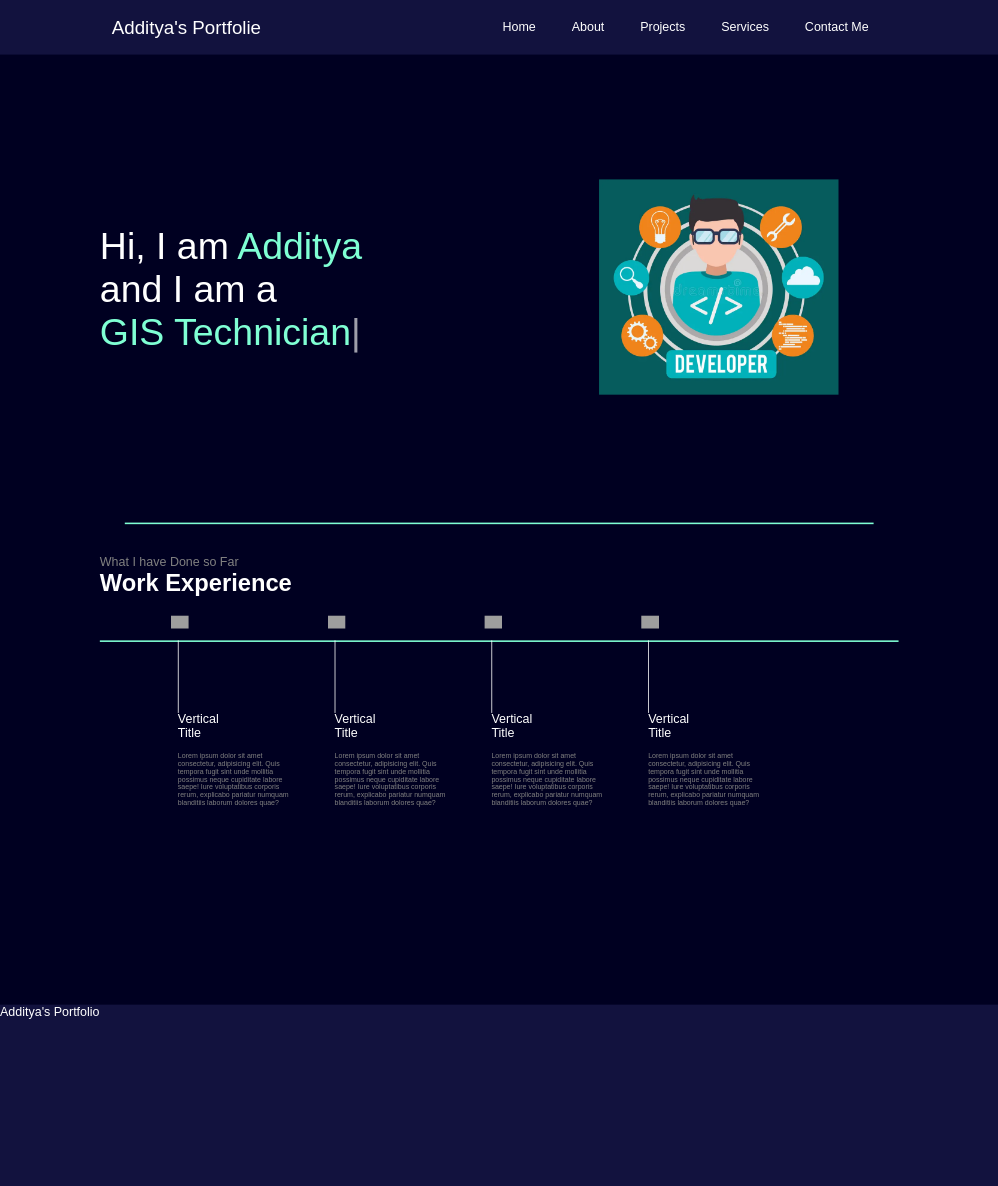
Repository: VictoriousMango/Portfolio
Page: index.html
The author's editor kept a copy of each file at every save. The page is drawn from the files as they stood at one save, then again after the next save.
The browser window is 1280 px wide. The pictures show the whole page, at 78% of full size.
Pictures or frames that could not be fetched are drawn as grey boxes.

Above is the page before, as saved 2023-08-27 12:10:04.

After the next save:
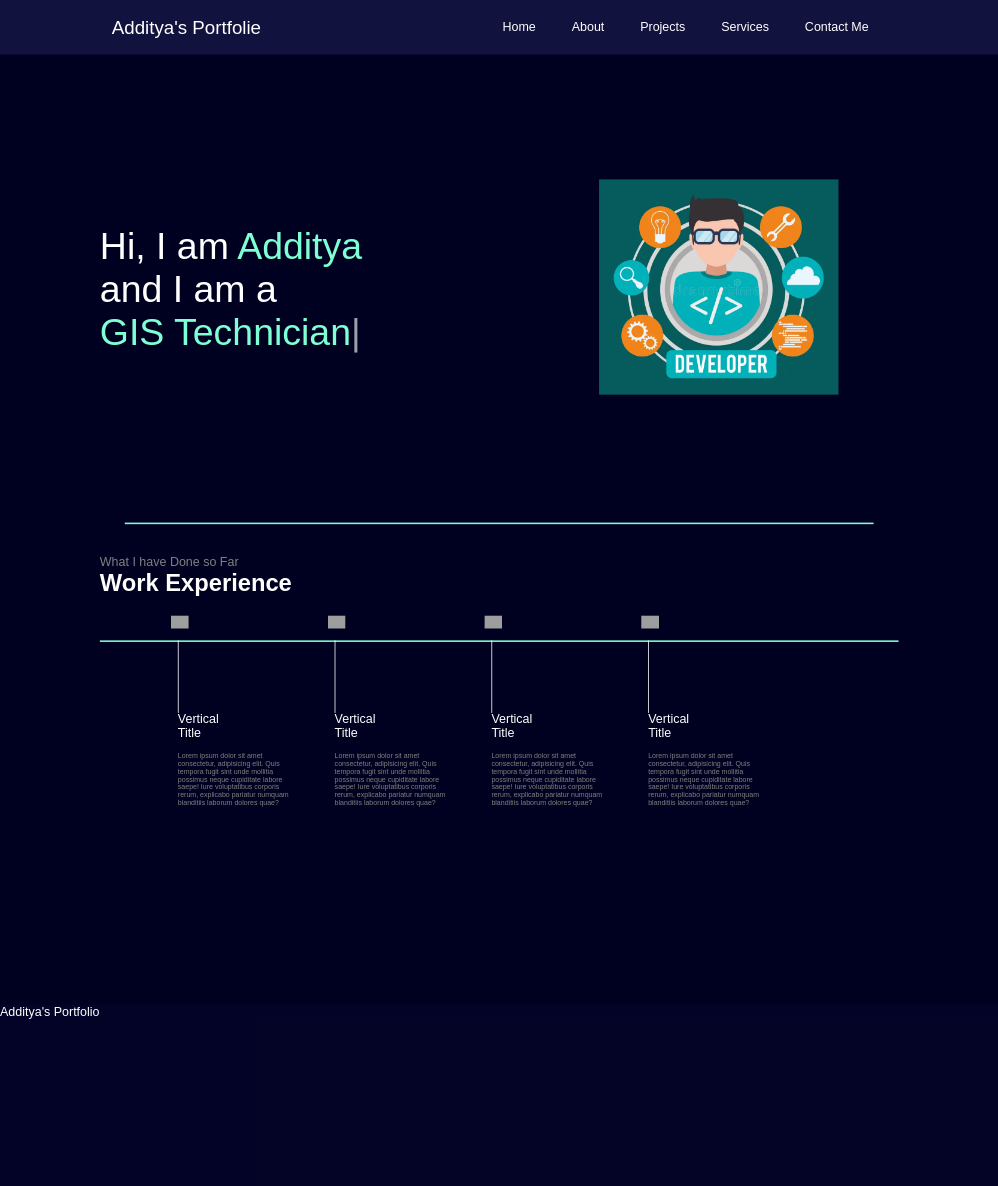
Saved 10 s later.
--- a/index.html
+++ b/index.html
@@ -139,7 +139,7 @@
             color: grey;
         }
         footer{
-            background-color: rgba(18, 18, 62);
+            background-color: rgba(18, 18, 62, 0.215);
             height: 233px;
             opacity: 1;
         }
